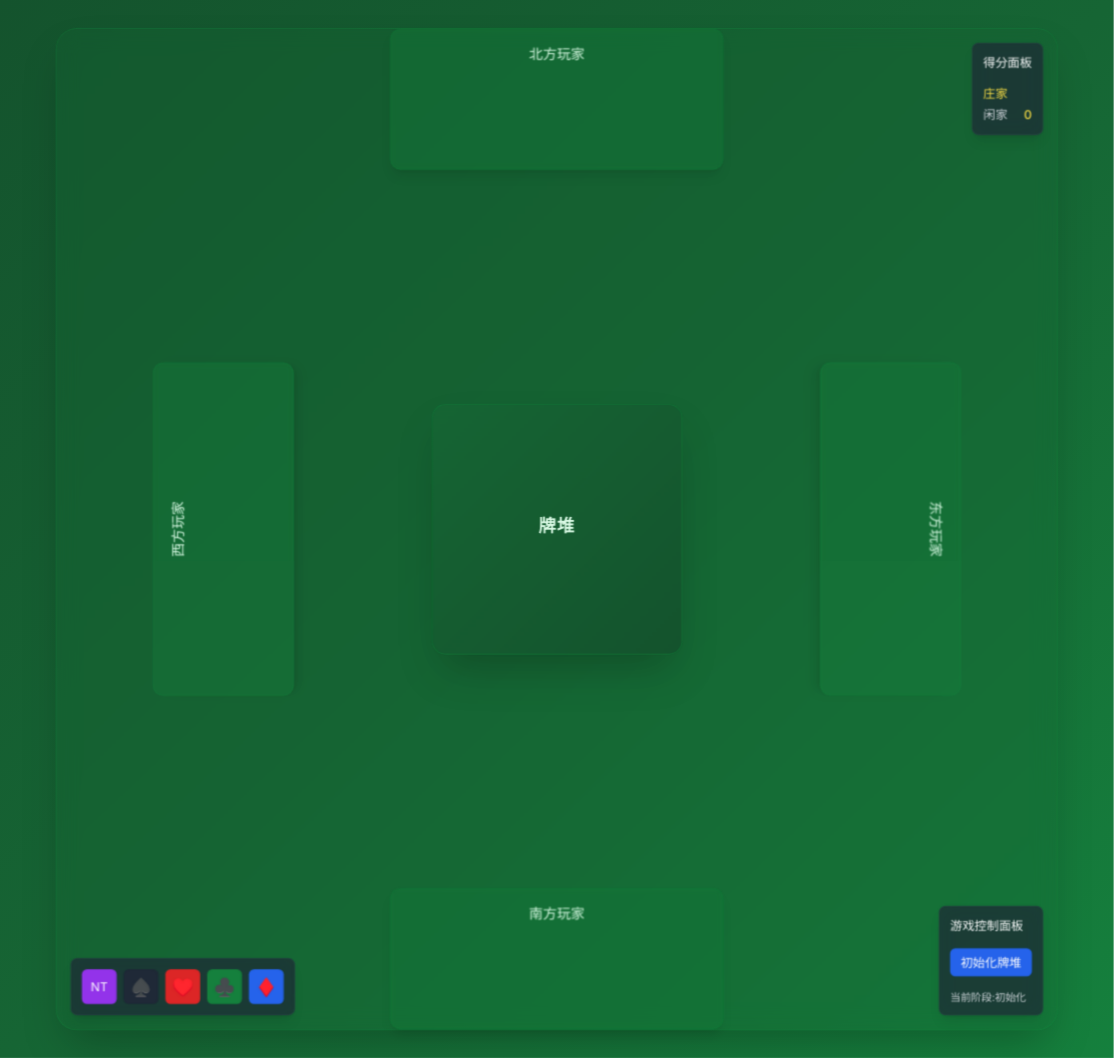
Repository: laofansay/Tractor80
Page: /
An editor plug-in stored every save of this project. The page is shown before and after the next save, followed by the edit.
The browser window is 1280 px wide. The pictures show the whole page, at 87% of full size.
The project was rebuilt for these pictures with package versions that can differ from the ones it lists, and the page was loaded fresh each time. The framework's server and built-in components were replaced by stand-ins that run in the browser. Also part of the build but not shown: next.config.js, app/components/Card.tsx.

Above is the page before, as saved 2025-03-08 23:55:40.

After the next save:
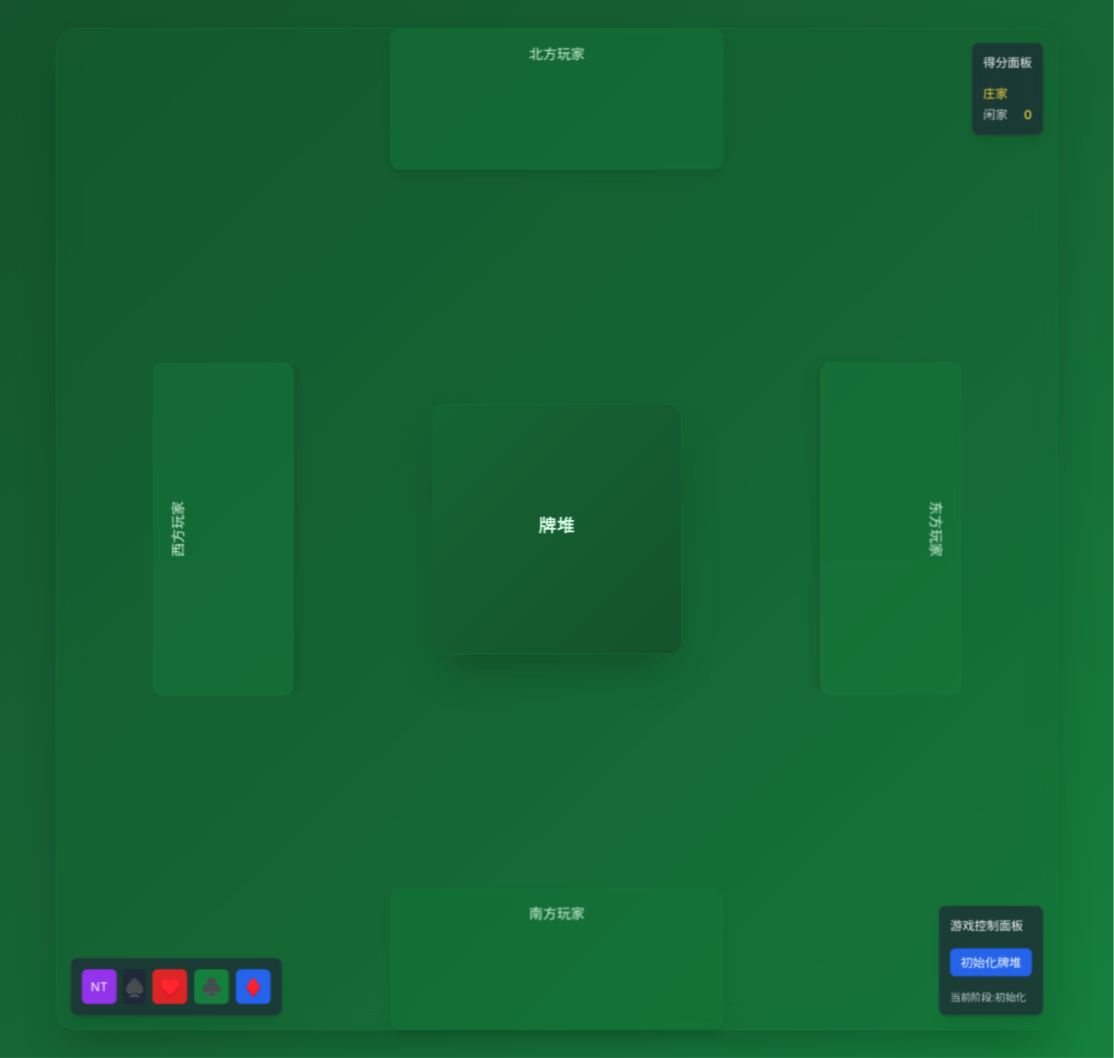
Saved 5 s later.
--- a/app/components/TrumpSelectionPanel.tsx
+++ b/app/components/TrumpSelectionPanel.tsx
@@ -25,7 +25,7 @@
         </button>
         <button
           onClick={() => onSelectTrump('S')}
-          className="w-10 h-10 bg-gray-800 hover:bg-gray-700 text-white rounded-md transition-colors text-xl flex items-center justify-center"
+          className="w-30 h-30 bg-gray-800 hover:bg-gray-700 text-white rounded-md transition-colors text-xl flex items-center justify-center"
           title="黑桃"
         >
           ♠️

After the save that followed:
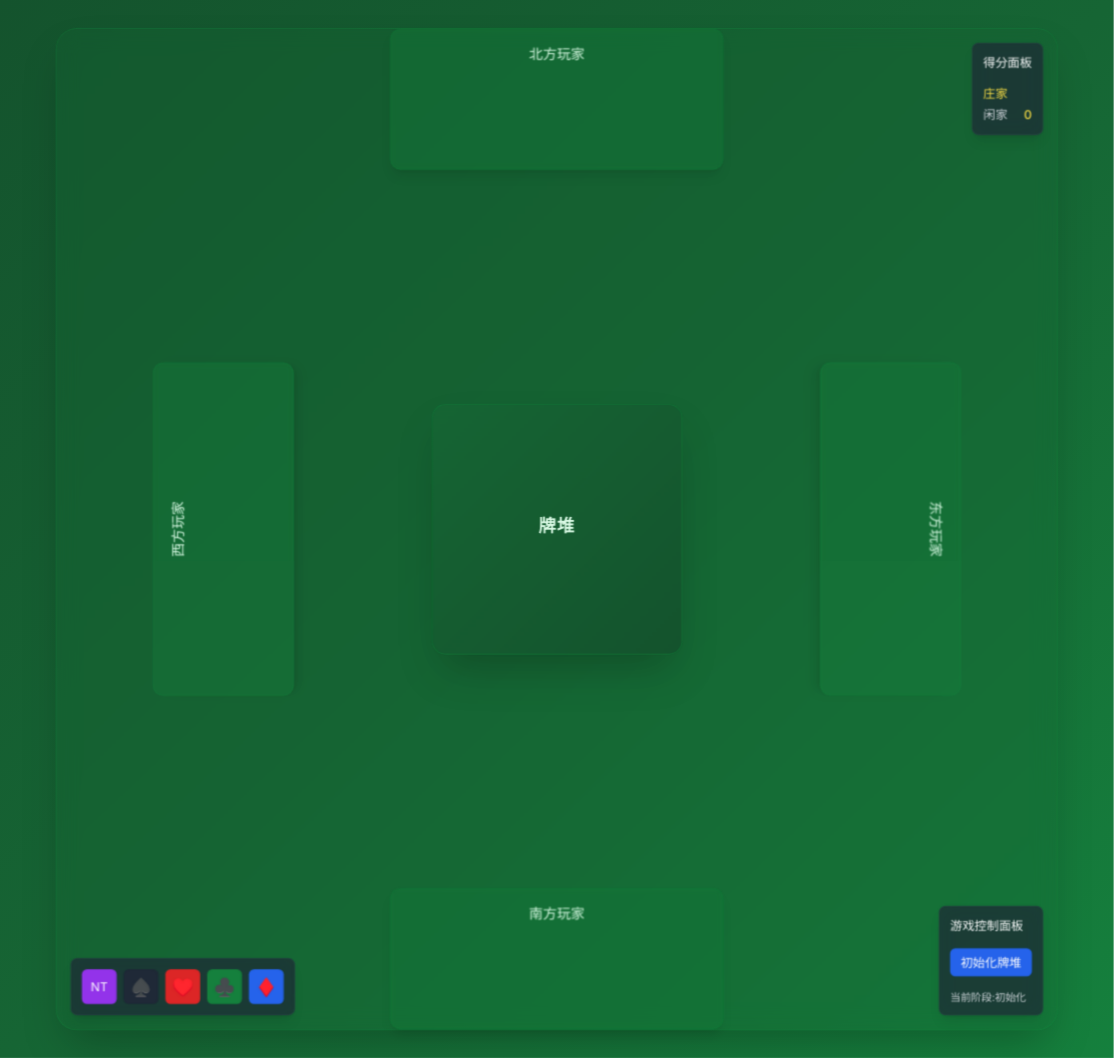
Saved 88 s later.
--- a/app/components/TrumpSelectionPanel.tsx
+++ b/app/components/TrumpSelectionPanel.tsx
@@ -25,7 +25,7 @@
         </button>
         <button
           onClick={() => onSelectTrump('S')}
-          className="w-30 h-30 bg-gray-800 hover:bg-gray-700 text-white rounded-md transition-colors text-xl flex items-center justify-center"
+          className="w-10 h-10 bg-gray-800 hover:bg-gray-700 text-white rounded-md transition-colors text-xl flex items-center justify-center"
           title="黑桃"
         >
           ♠️
